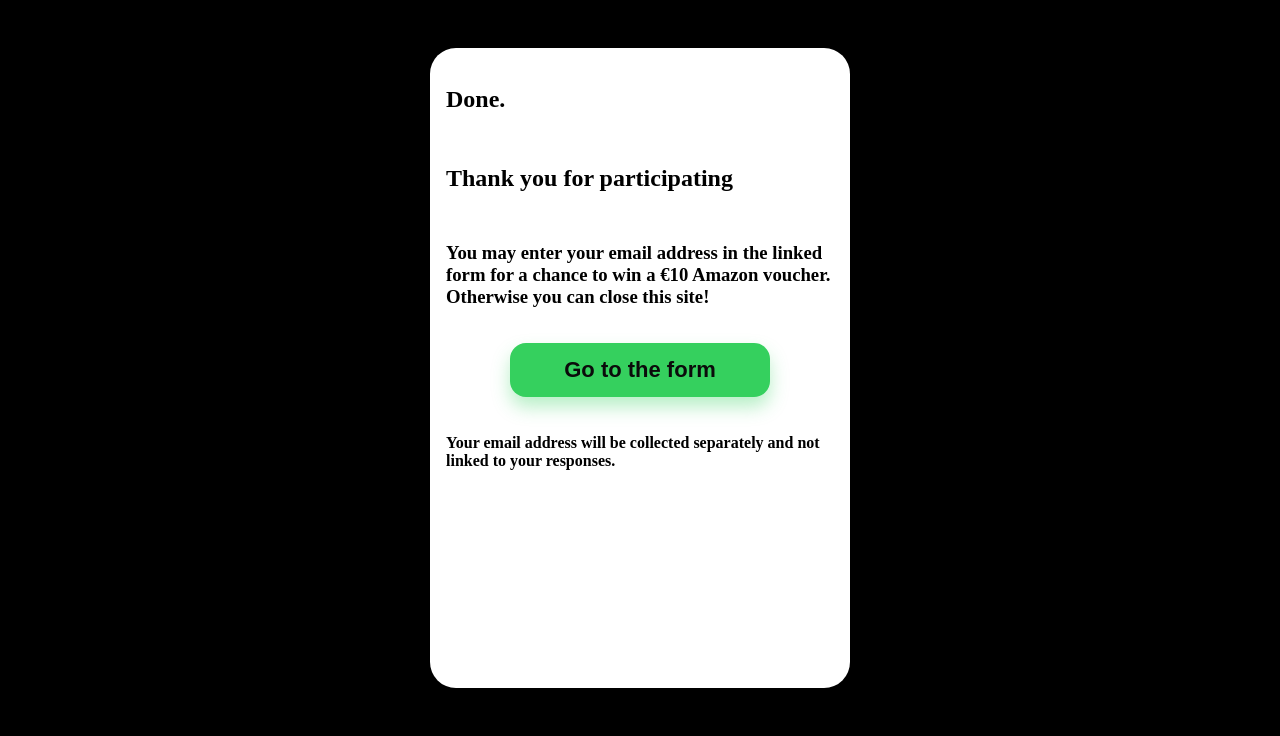
Repository: alexibri/ba_decision_study
Page: /end
An editor plug-in stored every save of this project. The page is shown before and after a run of saves, followed by the edit.
The browser window is 1280 px wide. The pictures show the whole page.
The page's requests for data from a server got no answer. The project was rebuilt for these pictures with package versions that can differ from the ones it lists, and the page was loaded fresh each time. No one was signed in, and anything a server would have sent is missing. Also part of the build but not shown: vite.config.js, src/lib/assignment/group.js, src/lib/db/supabase-client.js, src/lib/db/runs.js, src/pages/Start.jsx, src/lib/db/responses.js, src/lib/hooks/useResponseTracker.js, src/scenarios/Scenario1/S1Dark1.jsx and 10 more.

Above is the page before, as saved 2026-02-11 16:50:19.

### index.html
<!doctype html>
<html lang="en">
  <head>
    <meta charset="UTF-8" />
    <link rel="icon" type="image/svg+xml" href="/vite.svg" />
    <meta name="viewport" content="width=device-width, initial-scale=1.0" />
    <title>ba_decision_study</title>
  </head>
  <body>
    <div id="root"></div>
    <script type="module" src="/src/main.jsx"></script>
  </body>
</html>

### src/main.jsx
import { StrictMode } from 'react'
import { createRoot } from 'react-dom/client'
import App from './App.jsx'
import { BrowserRouter } from "react-router-dom"

createRoot(document.getElementById('root')).render(
  <StrictMode>
    <BrowserRouter>
      <App />
    </BrowserRouter>
  </StrictMode>,
)

### src/App.jsx
import { Routes, Route, Navigate } from "react-router-dom"
import Start from './pages/Start'
import Scenario from './pages/Scenario'
import End from './pages/End'

function App() {
  return (
    <>
      <main className="main-content">
        <Routes>
          <Route path="/" element={<Start />} />
          <Route path="/scenario/:sid/step/:stepid" element={<Scenario />} />
          <Route path="/end" element={<End />} />

          <Route path="*" element={<Navigate to="/" replace />} />
        </Routes>
      </main>
    </>
  )
}
export default App

### src/pages/End.jsx
import "../css/Start.css"

export default function End() {

    function forwardBtn() {
        window.open("https://forms.cloud.microsoft/e/TterNuyt86")
    }

    return <div>
        <div className="end">
            <div className="s1screen">
                <div className="s1card">
                    <h2>Done.</h2>
                    <h2>Thank you for participating</h2>
                    <h3>
                        You may enter your email address in the linked form for a chance to win a €10 Amazon voucher.

                        Otherwise you can close this site!
                    </h3>
                    <div className="stack">

                        <div className="s1buttonPopUp">
                            <button className="s1accept" onClick={forwardBtn}>
                                Go to the form
                            </button>
                        </div>
                    </div>
                    <h4>Your email address will be collected separately and not linked to your responses.</h4>
                </div>

            </div>
        </div>
    </div>
}

### src/css/Start.css
* {
  box-sizing: border-box;
}

.s1screen {
  min-height: 100vh;
  background: #000;
  display: flex;
  justify-content: center;
  padding: 18px 14px;
}

.s1card {
  width: 100%;
  max-width: 420px;
  background: #fff;
  border-radius: 26px;
  padding: 18px 16px 16px;
  display: flex;
  flex-direction: column;
  gap: 12px;
}

.s1card h1 {
  margin: 6px 0 4px;
  text-align: center;
  font-size: 44px;
  font-weight: 900;
  letter-spacing: -1px;
}

.innerCard {
  background: #efefef;
  border-radius: 28px;
  padding: 18px 18px 22px;
  display: flex;
  flex-direction: column;
  gap: 18px;
  min-height: 72vh;
}

.s1cardHeader {
  display: flex;
  align-items: center;
  gap: 14px;
  padding-top: 6px;
  font-weight: 800;
}


.s1cardHeader:first-child svg {
  background: #ddd;
  border-radius: 999px;
  padding: 10px;
  width: 56px;
  height: 56px;
}

.s1cardHeader h2 {
  margin: 0;
  font-size: 20px;
  font-weight: 900;
  line-height: 1.1;
}

.s1cardHeader p {
  display: none;
}

.question {
  font-weight: 900;
  font-size: 25px;
}

.accountRow {
  display: flex;
  flex-direction: column;
  gap: 4px;
}

.accountRow .label {
  font-size: 20px;
  font-weight: 900;
}

.accountRow .value {
  font-size: 22px;
  font-weight: 900;
}

.infoBlock {
  display: flex;
  flex-direction: column;
  gap: 4px;
  font-weight: 900;
}

.infoBlock .label {
  font-size: 20px;
}

.infoBlock .value {
  font-size: 22px;
}

.s1button {
  margin-top: auto;
  display: flex;
  flex-direction: row;
  gap: 12px;
}

.s1buttonPopUp {
  display: flex;
  flex-direction: row;
  gap: 12px;
  padding: 1%;
  align-items: center;
  justify-content: center;
}

.s1button button {
  width: 100%;
  border: none;
  border-radius: 999px;
  padding: 14px 18px;
  font-size: 18px;
  font-weight: 900;
  cursor: pointer;
}

.btnSecondary {
  background: #6f6f6f;
  color: #fff;
}

.s1accept {
  background: #35d05e;
  color: #0b0b0b;
  box-shadow: 0 10px 18px rgba(53, 208, 94, 0.28);
}

.s1accept:active,
.btnSecondary:active {
  transform: translateY(1px);
}

.popUp {
  background: lightgray;
  flex: 1;
  border-radius: 26px;
  padding: 5%;

  display: flex;
  flex-direction: column;
  gap: 12px;

}

@media (min-width: 900px) {
  .s1screen {
    padding: 40px 16px;
  }

  .innerCard {
    min-height: 640px;
  }
}

.fade-in {
  animation: fadeIn 440ms ease-out both;
}

@keyframes fadeIn {
  from {
    transform: translateY(1px);
  }

  to {
    transform: translateY(0);
  }
}

### src/css/scenario1.css
* {
  box-sizing: border-box;
}

.s1screen {
  min-height: 100vh;
  outline: 10px solid black;
  background: #000000;

  display: flex;
  flex-direction: column;
  align-items: center;
}

.s1screen h1 {
  margin: 10px 0 0;
}

.s1card {
  width: 100%;
  max-width: 420px;
  background: #fff;
  border-radius: 26px;
  padding: 18px 16px 16px;
  display: flex;
  flex-direction: column;
  gap: 12px;
}

.s1cardInner {
  width: 100%;
  background: #35d05e;
  display: flex;
}

.s1cardHeader {
  display: flex;
  justify-content: center;
  padding-bottom: 3%;
  padding-top: 5%;
  font-weight: bold;
}

.s1subtitle {
  margin: 0;
  font-size: 22px;
}

.s1transitionSubtitle {
  font-size: 40px;
}

.s1button {
  display: flex;
  justify-content: center;
}

.s1accept {
  width: 70%;
  max-width: 260px;
  padding: 14px 18px;
  border: none;
  border-radius: 16px;
  background: #35d05e;
  color: #0b0b0b;
  font-size: 22px;
  font-weight: 900;
  cursor: pointer;
  box-shadow: 0 10px 18px rgba(53, 208, 94, 0.35);
}

.s1accept:active {
  transform: translateY(1px);
}

.s1scroll {
  flex: 1;
  overflow: auto;
  font-size: 12px;
  line-height: 1.45;
  color: #2c2c2c;
  padding-right: 6px;
}

.s1scroll::-webkit-scrollbar {
  width: 8px;
}

.s1scroll::-webkit-scrollbar-thumb {
  background: #cfcfcf;
  border-radius: 999px;
}

.s1scroll::-webkit-scrollbar-track {
  background: transparent;
}

.s1buttons {
  display: flex;
  justify-content: center;
  margin-top: 2px;
}

.s1termsAndConditions {
  align-self: flex-start;
  border: none;
  background: transparent;
  color: #4b4b4b;
  font-size: 12px;
  font-weight: 600;
  cursor: pointer;
  padding: 6px 8px;
  opacity: 0.85;
}

.s1termsAndConditions:hover {
  opacity: 1;
  text-decoration: underline;
}

.s1decline {
  align-self: flex-start;
  border: none;
  background: transparent;
  color: #4b4b4b;
  font-size: 9px;
  font-weight: 600;
  cursor: pointer;
  padding: 6px 8px;
  opacity: 0.85;
}

.s1accept:focus-visible,
.s1termsAndConditions:focus-visible,
.s1decline:focus-visible {
  outline: 3px solid rgba(0, 0, 0, 0.35);
  outline-offset: 3px;
}

@media (min-width: 900px) {
  .s1screen {
    padding: 40px 16px;
  }

  .s1card {
    min-height: 640px;
  }
}

.fade-in {
  animation: fadeIn 440ms ease-out both;
}

@keyframes fadeIn {
  from {
    transform: translateY(1px);
  }

  to {
    transform: translateY(0);
  }
}

### src/css/scenario2.css
* {
  box-sizing: border-box;
}

.s2screen {
  min-height: 100vh;
  outline: 10px solid black;
  background: #000000;

  display: flex;
  flex-direction: column;
  align-items: center;
}

.s2card {
  width: 100%;
  max-width: 420px;
  background: #fff;
  border-radius: 26px;
  padding: 18px 16px 16px;
  display: flex;
  flex-direction: column;
  gap: 12px;
}

.s2card h1 {
  margin: 6px 0 4px;
  text-align: center;
  font-size: 44px;
  font-weight: 900;
  letter-spacing: -1px;
}


.s2cardInner {
  width: 100%;
  background: #35d05e;
  display: flex;
}

.s2cardHeader {
  display: flex;
  justify-content: center;
  padding-bottom: 3%;
  padding-top: 5%;
  font-weight: bold;
}

.s2cardStack {
  display: flex;
  flex-direction: column;
  gap: 25px;
  padding: 10%;
  align-items: center;
}

.s2subtitle {
  margin: 0;
  font-size: 10px;
}

.s2transitionSubtitle {
  font-size: 40px;
}

.s2button {
  display: flex;
  justify-content: center;
  padding: 2%;
}

.s2accept {
  width: 70%;
  max-width: 260px;
  padding: 14px 18px;
  border: none;
  border-radius: 16px;
  background: #35d05e;
  color: #0b0b0b;
  font-size: 22px;
  font-weight: 900;
  cursor: pointer;
  box-shadow: 0 10px 18px rgba(53, 208, 94, 0.35);
}

.s2accept:active {
  transform: translateY(1px);
}

.s2scroll {
  flex: 1;
  overflow: auto;
  font-size: 12px;
  line-height: 1.45;
  color: #2c2c2c;
  padding-right: 6px;
}

.s2scroll::-webkit-scrollbar {
  width: 8px;
}

.s2scroll::-webkit-scrollbar-thumb {
  background: #cfcfcf;
  border-radius: 999px;
}

.s2scroll::-webkit-scrollbar-track {
  background: transparent;
}

.s2buttons {
  display: flex;
  justify-content: center;
  margin-top: 2px;
}

.s2decline {
  align-self: flex-start;
  border: none;
  background: transparent;
  color: #4b4b4b;
  font-size: 9px;
  font-weight: 600;
  cursor: pointer;
  padding: 6px 8px;
  opacity: 0.85;
}

.s2accept:focus-visible,
.s2termsAndConditions:focus-visible,
.s2decline:focus-visible {
  outline: 3px solid rgba(0, 0, 0, 0.35);
  outline-offset: 3px;
}

@media (min-width: 900px) {
  .s2screen {
    padding: 40px 16px;
  }

  .s2card {
    min-height: 640px;
  }
}

.fade-in {
  animation: fadeIn 440ms ease-out both;
}

@keyframes fadeIn {
  from {
    transform: translateY(1px);
  }

  to {
    transform: translateY(0);
  }
}

### src/css/scenario3.css
* {
  box-sizing: border-box;
}

.s3screen {
  outline: 10px solid black;
  min-height: 100vh;
  background: #000;
  display: flex;
  justify-content: center;
  padding: 18px 14px;
}

.s3card {
  width: 100%;
  max-width: 420px;
  background: #fff;
  border-radius: 26px;
  padding: 18px 16px 16px;
  display: flex;
  flex-direction: column;
  gap: 12px;
}

.s3card h1 {
  margin: 6px 0 4px;
  text-align: center;
  font-size: 44px;
  font-weight: 900;
  letter-spacing: -1px;
}

.s3innerCard {
  background: #efefef;
  border-radius: 28px;
  padding: 18px 18px 22px;
  display: flex;
  flex-direction: column;
  gap: 18px;
  min-height: 72vh;
}

.s3cardHeader {
  display: flex;
  align-items: center;
  gap: 14px;
  padding-top: 6px;
  font-weight: 800;
}

.s3cardHeader:first-child svg {
  background: #ddd;
  border-radius: 999px;
  padding: 10px;
  width: 56px;
  height: 56px;
}

.s3cardHeader h2 {
  margin: 0;
  font-size: 20px;
  font-weight: 900;
  line-height: 1.1;
}

.s3cardHeader p {
  display: none;
}


.s3question {
  font-weight: 900;
  font-size: 25px;
}

.s3accountRow {
  display: flex;
  flex-direction: column;
  gap: 4px;
}

.s3accountRow .label {
  font-size: 20px;
  font-weight: 900;
}

.s3accountRow .value {
  font-size: 22px;
  font-weight: 900;
}

.s3infoBlock {
  display: flex;
  flex-direction: column;
  gap: 4px;
  font-weight: 900;
}

.s3infoBlock .label {
  font-size: 20px;
}

.s3infoBlock .value {
  font-size: 22px;
}

.s3button {
  margin-top: auto;
  display: flex;
  flex-direction: row;
  gap: 12px;
}

.s3buttonPopUp {
  display: flex;
  flex-direction: row;
  gap: 12px;
  padding: 1%;
  align-items: center;
  justify-content: center;
}

.s3buttonPopUp button,
.s3button button {
  width: 100%;
  border: none;
  border-radius: 999px;
  padding: 14px 18px;
  font-size: 18px;
  font-weight: 900;
  cursor: pointer;
}

.s3btnSecondary {
  background: #6f6f6f;
  color: #fff;
}

.s3accept {
  background: #35d05e;
  color: #0b0b0b;
  box-shadow: 0 10px 18px rgba(53, 208, 94, 0.28);
}

.s3accept:active,
.s3btnSecondary:active {
  transform: translateY(1px);
}

.s3popUp {
  background: lightgray;
  flex: 1;
  border-radius: 26px;
  padding: 5%;

  display: flex;
  flex-direction: column;
  gap: 12px;

}

@media (min-width: 900px) {
  .s3screen {
    padding: 40px 16px;
  }

  .s3innerCard {
    min-height: 640px;
  }
}

.fade-in {
  animation: fadeIn 440ms ease-out both;
}

@keyframes fadeIn {
  from {
    transform: translateY(1px);
  }

  to {
    transform: translateY(0);
  }
}

After the next 2 saves:
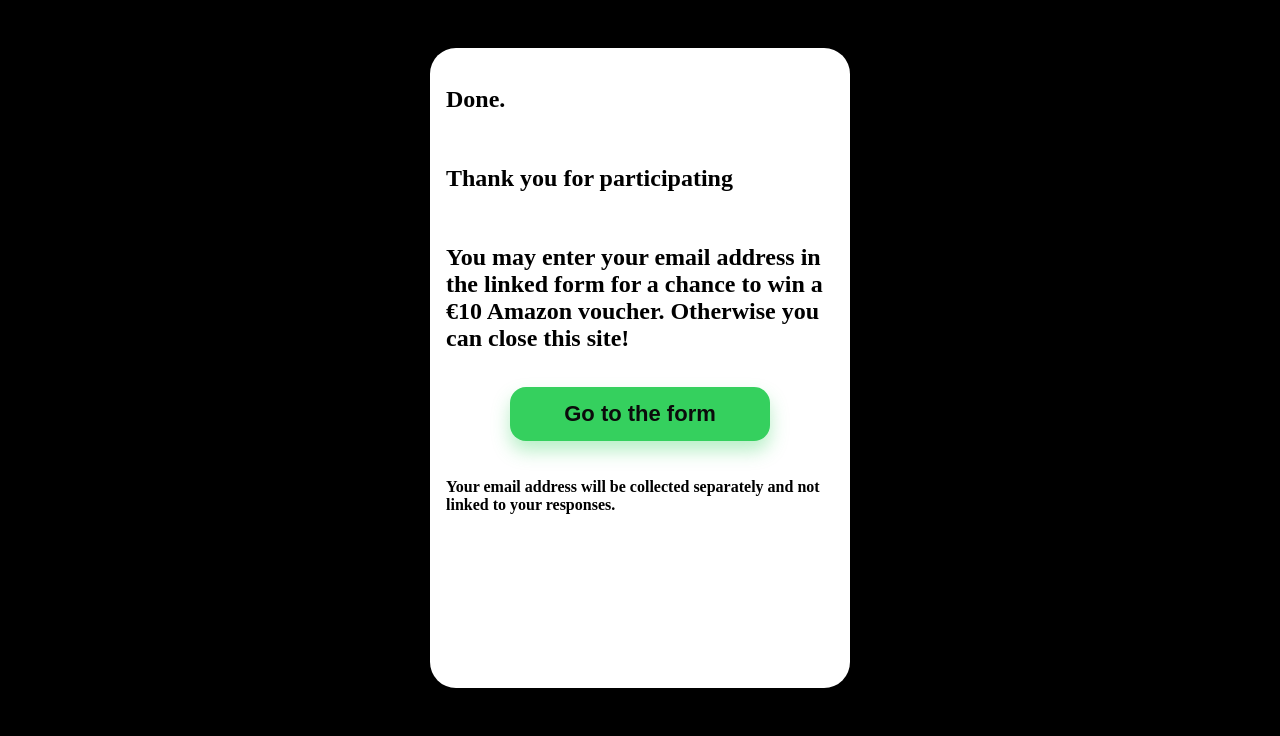
The 2 saves are shown as one change because they came seconds apart.
The last was saved 36 s later.
--- a/src/pages/End.jsx
+++ b/src/pages/End.jsx
@@ -12,11 +12,11 @@
                 <div className="s1card">
                     <h2>Done.</h2>
                     <h2>Thank you for participating</h2>
-                    <h3>
+                    <h2>
                         You may enter your email address in the linked form for a chance to win a €10 Amazon voucher.
 
                         Otherwise you can close this site!
-                    </h3>
+                    </h2>
                     <div className="stack">
 
                         <div className="s1buttonPopUp">

After the 2 saves that followed:
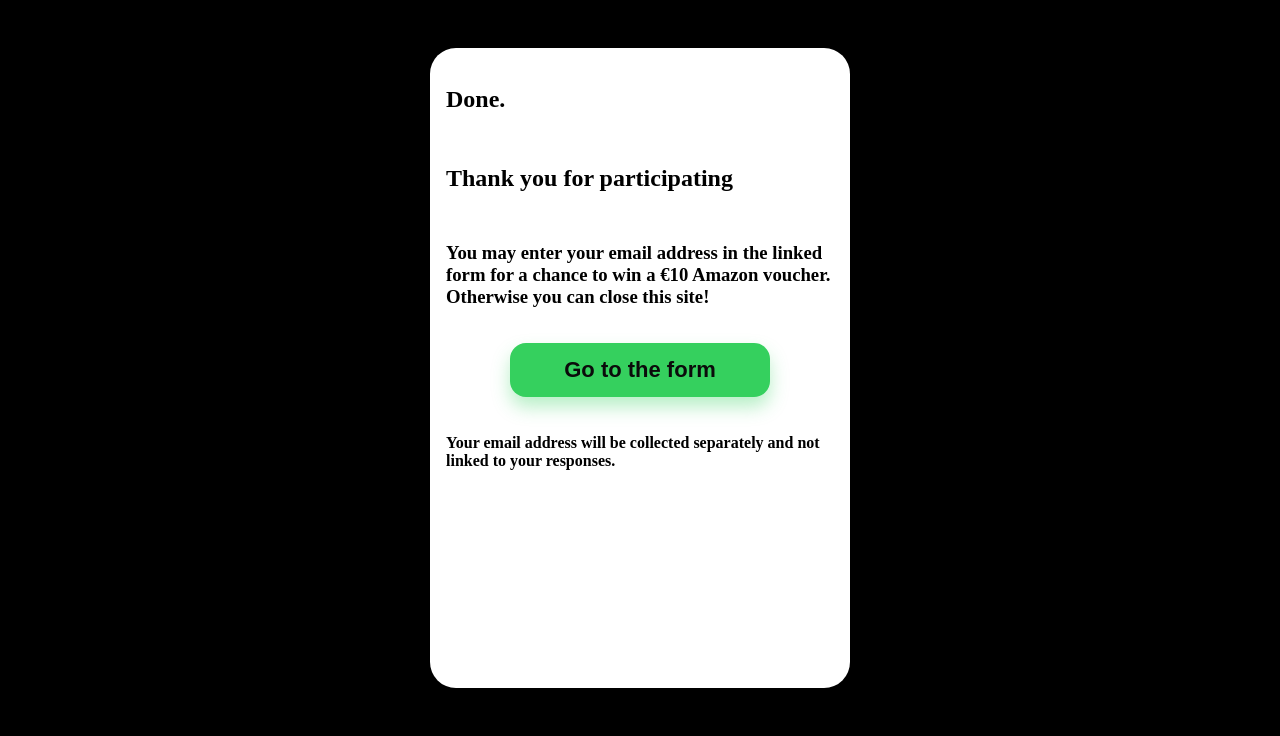
The 2 saves are shown as one change because 1 did not build or start.
The last was saved 14 s later.
--- a/src/pages/End.jsx
+++ b/src/pages/End.jsx
@@ -12,11 +12,11 @@
                 <div className="s1card">
                     <h2>Done.</h2>
                     <h2>Thank you for participating</h2>
-                    <h2>
+                    <h3>
                         You may enter your email address in the linked form for a chance to win a €10 Amazon voucher.
 
                         Otherwise you can close this site!
-                    </h2>
+                    </h3>
                     <div className="stack">
 
                         <div className="s1buttonPopUp">
